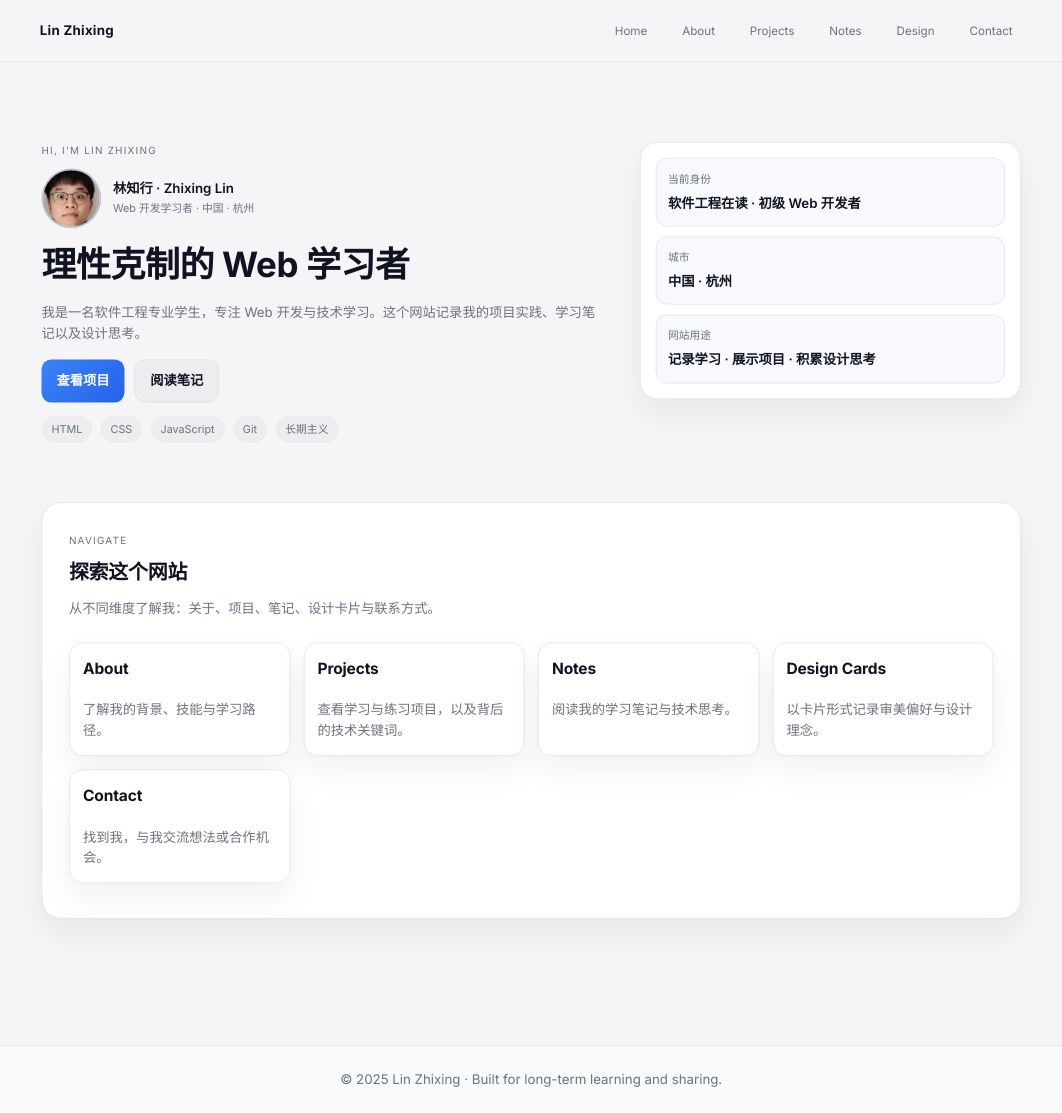
Repository: Superman1693/oneself
Page: index.html
The author's editor kept a copy of each file at every save. The page is drawn from the files as they stood at one save, then again after the next save.
The browser window is 1280 px wide. The pictures show the whole page, at 83% of full size.

Above is the page before, as saved 2025-12-16 19:44:35.

### index.html
<!DOCTYPE html>
<html lang="zh-CN">
<head>
  <meta charset="UTF-8">
  <meta name="viewport" content="width=device-width, initial-scale=1.0">
  <title>林知行 · 个人网站</title>
  <link rel="preconnect" href="https://fonts.googleapis.com">
  <link rel="preconnect" href="https://fonts.gstatic.com" crossorigin>
  <link href="https://fonts.googleapis.com/css2?family=Inter:wght@400;500;600;700&display=swap" rel="stylesheet">
  <link rel="stylesheet" href="styles.css">
</head>
<body>
  <header class="site-header">
    <div class="logo">Lin Zhixing</div>
    <nav class="nav">
      <a href="index.html">Home</a>
      <a href="about.html">About</a>
      <a href="projects.html">Projects</a>
      <a href="notes.html">Notes</a>
      <a href="design.html">Design</a>
      <a href="contact.html">Contact</a>
    </nav>
  </header>

  <main>
    <section id="home" class="section hero">
      <div class="hero-content">
        <p class="eyebrow">Hi, I'm Lin Zhixing</p>
        <div class="hero-avatar">
          <div class="avatar-circle">
            <img src="avatar.jpg" alt="林知行个人头像">
          </div>
          <div>
            <p class="avatar-meta-main">林知行 · Zhixing Lin</p>
            <p class="avatar-meta-sub">Web 开发学习者 · 中国 · 杭州</p>
          </div>
        </div>
        <h1>理性克制的 Web 学习者</h1>
        <p class="lede">
          我是一名软件工程专业学生，专注 Web 开发与技术学习。这个网站记录我的项目实践、学习笔记以及设计思考。
        </p>
        <div class="cta-group">
          <a class="btn primary" href="projects.html">查看项目</a>
          <a class="btn ghost" href="notes.html">阅读笔记</a>
        </div>
        <div class="hero-tags">
          <span>HTML</span><span>CSS</span><span>JavaScript</span><span>Git</span><span>长期主义</span>
        </div>
      </div>
      <div class="hero-panel">
        <div class="stat-card">
          <p class="label">当前身份</p>
          <p class="value">软件工程在读 · 初级 Web 开发者</p>
        </div>
        <div class="stat-card">
          <p class="label">城市</p>
          <p class="value">中国 · 杭州</p>
        </div>
        <div class="stat-card">
          <p class="label">网站用途</p>
          <p class="value">记录学习 · 展示项目 · 积累设计思考</p>
        </div>
      </div>
    </section>

    <section class="section alt">
      <div class="section-header">
        <p class="eyebrow">Navigate</p>
        <h2>探索这个网站</h2>
        <p class="section-desc">从不同维度了解我：关于、项目、笔记、设计卡片与联系方式。</p>
      </div>
      <div class="cards-grid">
        <a href="about.html" class="card">
          <h3>About</h3>
          <p class="section-desc">了解我的背景、技能与学习路径。</p>
        </a>
        <a href="projects.html" class="card">
          <h3>Projects</h3>
          <p class="section-desc">查看学习与练习项目，以及背后的技术关键词。</p>
        </a>
        <a href="notes.html" class="card">
          <h3>Notes</h3>
          <p class="section-desc">阅读我的学习笔记与技术思考。</p>
        </a>
        <a href="design.html" class="card">
          <h3>Design Cards</h3>
          <p class="section-desc">以卡片形式记录审美偏好与设计理念。</p>
        </a>
        <a href="contact.html" class="card">
          <h3>Contact</h3>
          <p class="section-desc">找到我，与我交流想法或合作机会。</p>
        </a>
      </div>
    </section>
  </main>

  <footer class="site-footer">
    <p>© 2025 Lin Zhixing · Built for long-term learning and sharing.</p>
  </footer>

  <script type="module" src="scripts/main.js"></script>
</body>
</html>

### styles.css
:root {
  --bg: #f5f5f7;
  --panel: #ffffff;
  --card: #f8f9fc;
  --border: #e0e3eb;
  --text: #111322;
  --muted: #6b7280;
  --accent: #3b82f6;
  --accent-strong: #2563eb;
  --shadow-soft: 0 18px 40px rgba(15, 23, 42, 0.06);
}

*,
*::before,
*::after {
  box-sizing: border-box;
}

body {
  margin: 0;
  font-family: 'Inter', system-ui, -apple-system, BlinkMacSystemFont, 'Segoe UI', sans-serif;
  background: var(--bg);
  color: var(--text);
  line-height: 1.6;
  -webkit-font-smoothing: antialiased;
}

a {
  color: inherit;
  text-decoration: none;
}

p {
  margin: 0;
}

.site-header {
  position: sticky;
  top: 0;
  z-index: 10;
  display: flex;
  justify-content: space-between;
  align-items: center;
  padding: 18px 48px;
  background: rgba(245, 245, 247, 0.9);
  backdrop-filter: blur(12px);
  border-bottom: 1px solid var(--border);
}

.logo {
  font-weight: 700;
  letter-spacing: 0.02em;
}

.nav {
  display: flex;
  gap: 18px;
  font-size: 14px;
}

.nav a {
  padding: 8px 12px;
  border-radius: 10px;
  transition: background 0.2s ease, color 0.2s ease;
  color: var(--muted);
}

.nav a:hover {
  background: rgba(15, 23, 42, 0.04);
  color: var(--text);
}

main {
  padding: 24px 48px 80px;
}

.section {
  margin: 72px auto;
  max-width: 1180px;
}

.section.alt {
  background: var(--panel);
  border: 1px solid var(--border);
  border-radius: 24px;
  padding: 36px 32px 42px;
  box-shadow: var(--shadow-soft);
}

.section-header {
  margin-bottom: 28px;
}

.eyebrow {
  text-transform: uppercase;
  letter-spacing: 0.12em;
  font-size: 12px;
  color: var(--muted);
  margin-bottom: 8px;
}

h1, h2, h3 {
  margin: 0 0 12px 0;
  font-weight: 700;
  letter-spacing: -0.01em;
}

.section-desc, .lede {
  color: var(--muted);
  max-width: 680px;
}

.hero {
  display: grid;
  grid-template-columns: 1.2fr 0.8fr;
  gap: 32px;
  align-items: start;
}

.hero-content h1 {
  font-size: 42px;
}

.hero-avatar {
  display: flex;
  align-items: center;
  gap: 14px;
  margin: 12px 0 10px;
}

.avatar-circle {
  width: 72px;
  height: 72px;
  border-radius: 50%;
  overflow: hidden;
  border: 2px solid rgba(148, 163, 184, 0.5);
  background: #e5e7eb;
}

.avatar-circle img {
  width: 100%;
  height: 100%;
  object-fit: cover;
  display: block;
}

.avatar-meta-main {
  font-weight: 600;
}

.avatar-meta-sub {
  font-size: 13px;
  color: var(--muted);
}

.lede {
  margin: 12px 0 18px;
}

.cta-group {
  display: flex;
  gap: 12px;
  margin: 16px 0;
}

.btn {
  display: inline-flex;
  align-items: center;
  justify-content: center;
  padding: 12px 18px;
  border-radius: 12px;
  font-weight: 600;
  border: 1px solid var(--border);
  transition: transform 0.15s ease, background 0.2s ease, border-color 0.2s ease;
}

.btn.primary {
  background: linear-gradient(135deg, var(--accent), var(--accent-strong));
  color: #ffffff;
  border: none;
}

.btn.ghost {
  background: rgba(15, 23, 42, 0.03);
  color: var(--text);
}

.btn:hover {
  transform: translateY(-2px);
}

.hero-tags {
  display: flex;
  flex-wrap: wrap;
  gap: 10px;
  margin-top: 12px;
}

.hero-tags span {
  padding: 6px 12px;
  border-radius: 999px;
  background: rgba(15, 23, 42, 0.03);
  color: var(--muted);
  font-size: 13px;
}

.hero-panel {
  background: var(--panel);
  border: 1px solid var(--border);
  border-radius: 20px;
  padding: 18px;
  display: grid;
  gap: 12px;
  box-shadow: var(--shadow-soft);
}

.stat-card {
  background: var(--card);
  border: 1px solid var(--border);
  border-radius: 14px;
  padding: 14px;
}

.label {
  color: var(--muted);
  font-size: 13px;
  margin-bottom: 6px;
}

.value {
  font-weight: 600;
}

.cards-grid {
  display: grid;
  grid-template-columns: repeat(auto-fit, minmax(260px, 1fr));
  gap: 16px;
}

.card {
  background: var(--panel);
  border: 1px solid var(--border);
  border-radius: 16px;
  padding: 16px;
  display: flex;
  flex-direction: column;
  gap: 10px;
  box-shadow: var(--shadow-soft);
  transition: transform 0.15s ease, border-color 0.2s ease, box-shadow 0.2s ease;
}

.card:hover {
  transform: translateY(-4px);
  border-color: rgba(37, 99, 235, 0.5);
  box-shadow: 0 22px 45px rgba(15, 23, 42, 0.12);
}

.pill {
  display: inline-flex;
  align-items: center;
  gap: 6px;
  background: rgba(15, 23, 42, 0.03);
  padding: 8px 10px;
  border-radius: 999px;
  color: var(--muted);
  font-size: 13px;
}

.keywords {
  display: flex;
  flex-wrap: wrap;
  gap: 8px;
}

.keywords span {
  padding: 6px 10px;
  border-radius: 999px;
  background: rgba(15, 23, 42, 0.03);
  color: var(--muted);
  font-size: 12px;
}

.list-grid {
  display: grid;
  grid-template-columns: repeat(auto-fit, minmax(280px, 1fr));
  gap: 14px;
}

.note {
  background: var(--card);
  border: 1px solid var(--border);
  border-radius: 16px;
  padding: 16px;
  display: grid;
  gap: 8px;
  box-shadow: var(--shadow-soft);
  transition: transform 0.15s ease, border-color 0.2s ease, box-shadow 0.2s ease;
}

.note:hover {
  transform: translateY(-3px);
  border-color: rgba(37, 99, 235, 0.5);
  box-shadow: 0 20px 40px rgba(15, 23, 42, 0.1);
}

.note-meta {
  display: flex;
  gap: 10px;
  color: var(--muted);
  font-size: 13px;
}

.design-grid .card {
  border-style: dashed;
}

.progress-card {
  gap: 12px;
}

.card-top {
  display: flex;
  align-items: center;
  justify-content: space-between;
  gap: 8px;
}

.progress-track {
  position: relative;
  width: 100%;
  height: 10px;
  border-radius: 999px;
  background: #e5e7eb;
  overflow: hidden;
}

.progress-bar {
  position: absolute;
  left: 0;
  top: 0;
  height: 100%;
  border-radius: 999px;
  background: linear-gradient(135deg, var(--accent), var(--accent-strong));
  transition: width 0.3s ease;
}

.progress-meta {
  display: flex;
  justify-content: space-between;
  font-size: 13px;
  color: var(--muted);
}

.about-grid {
  display: grid;
  grid-template-columns: 1.1fr 0.9fr;
  gap: 24px;
  align-items: start;
}

.about-text {
  display: grid;
  gap: 12px;
  color: var(--text);
}

.about-cards {
  display: grid;
  gap: 12px;
}

.contact-card {
  background: var(--panel);
  border: 1px solid var(--border);
  border-radius: 18px;
  padding: 18px 20px;
  display: grid;
  grid-template-columns: repeat(auto-fit, minmax(220px, 1fr));
  gap: 12px;
}

.site-footer {
  padding: 28px;
  text-align: center;
  color: var(--muted);
  border-top: 1px solid var(--border);
  background: #f9fafb;
}

@media (max-width: 960px) {
  .site-header {
    padding: 16px 20px;
    flex-wrap: wrap;
    gap: 12px;
  }

  .nav {
    flex-wrap: wrap;
    gap: 10px;
  }

  main {
    padding: 18px 20px 64px;
  }

  .hero {
    grid-template-columns: 1fr;
  }

  .about-grid {
    grid-template-columns: 1fr;
  }
}

### scripts/main.js
import { projects, notes, designCards } from './data.js';

const renderProjects = () => {
  const container = document.querySelector('[data-render="projects"]');
  if (!container) return;
  container.innerHTML = projects
    .map(
      (item) => `
        <article class="card">
          <div class="pill">${item.status}</div>
          <h3>${item.title}</h3>
          <p class="section-desc">${item.summary}</p>
          <div class="keywords">
            ${item.keywords.map((k) => `<span>${k}</span>`).join('')}
          </div>
          ${item.link ? `<a class="pill" href="${item.link}" target="_blank" rel="noreferrer">查看</a>` : ''}
        </article>
      `
    )
    .join('');
};

const renderNotes = () => {
  const container = document.querySelector('[data-render="notes"]');
  if (!container) return;
  container.innerHTML = notes
    .map(
      (note) => `
        <article class="note">
          <h3>${note.title}</h3>
          <div class="note-meta">
            <span>${note.date}</span>
            <span>·</span>
            <span>${note.tags.join(' / ')}</span>
          </div>
          <p class="section-desc">${note.excerpt}</p>
        </article>
      `
    )
    .join('');
};

const renderDesign = () => {
  const container = document.querySelector('[data-render="design"]');
  if (!container) return;
  container.innerHTML = designCards
    .map(
      (card) => `
        <article class="card progress-card">
          <div class="card-top">
            <h3>${card.title}</h3>
            <span class="pill">${card.progress}%</span>
          </div>
          <p class="section-desc">${card.note}</p>
          <div class="progress-track" aria-label="${card.title} progress">
            <div class="progress-bar" style="width:${card.progress}%;"></div>
          </div>
          <div class="progress-meta">
            <span>当前进度</span>
            <span>${card.progress}%</span>
          </div>
          <div class="keywords">
            ${card.keywords.map((k) => `<span>${k}</span>`).join('')}
          </div>
        </article>
      `
    )
    .join('');
};

const init = () => {
  renderProjects();
  renderNotes();
  renderDesign();
};

document.addEventListener('DOMContentLoaded', init);

### scripts/data.js
export const profile = {
  name: '林知行',
  enName: 'Zhixing Lin',
  city: '杭州',
  role: '软件工程在读 / 初级 Web 开发者',
  email: 'hi@zhixing.dev',
  github: 'https://github.com/your-github',
};

export const projects = [
  {
    title: '学习笔记站点',
    summary: '基于静态文件驱动的个人笔记与博客站点，强调内容结构化与可持续迭代。',
    status: '学习项目',
    keywords: ['静态站点', '内容驱动', '可维护性'],
    link: '#',
  },
  {
    title: '前端组件练习',
    summary: '以卡片、列表、导航为核心的 UI 组件练习，专注布局与细节动效。',
    status: '练习项目',
    keywords: ['组件化', '布局', '动效'],
    link: '#',
  },
  {
    title: '接口联调沙盒',
    summary: '模拟基础后端接口与前端数据渲染的练习项目，强化数据与视图分离的思维。',
    status: '学习项目',
    keywords: ['API Mock', '数据驱动', '前后端分离'],
    link: '#',
  },
];

export const notes = [
  {
    title: '用数据驱动静态页面',
    date: '2025-02-10',
    tags: ['前端', '架构'],
    excerpt: '将内容抽离为数据源，保持模板与内容解耦，便于扩展与维护。',
  },
  {
    title: 'CSS 布局的留白与层级',
    date: '2025-01-22',
    tags: ['CSS', '设计'],
    excerpt: '通过栅格与间距系统保持一致性，配合中性色与轻动效实现克制风格。',
  },
  {
    title: '学习路径：从 JS 基础到组件思维',
    date: '2024-12-30',
    tags: ['JavaScript', '成长'],
    excerpt: '记录从语法、DOM 到数据驱动组件的实践路径，强调拆解与复盘。',
  },
];

export const designCards = [
  {
    title: '前端基础',
    note: 'HTML / CSS / JS 语法与语义化，建立扎实的页面与交互基础。',
    keywords: ['HTML', 'CSS', 'JavaScript'],
    progress: 75,
  },
  {
    title: 'JavaScript 进阶',
    note: '模块化、异步、事件循环与数据驱动思维，写出更稳定的前端代码。',
    keywords: ['模块化', '异步', '数据驱动'],
    progress: 58,
  },
  {
    title: 'CSS 布局与设计',
    note: '栅格、Flex/Grid、留白与层级，强化克制的视觉与响应式能力。',
    keywords: ['Flex', 'Grid', '留白'],
    progress: 62,
  },
  {
    title: '计算机网络基础',
    note: 'HTTP/HTTPS、缓存与基本安全认知，为接口与部署做好知识储备。',
    keywords: ['HTTP', 'HTTPS', '缓存'],
    progress: 40,
  },
  {
    title: '算法与数据结构',
    note: '基础数组、链表、哈希与常见算法思路，提升问题拆解与实现能力。',
    keywords: ['数组', '哈希', '思维训练'],
    progress: 35,
  },
  {
    title: '后端与接口入门',
    note: '简单 REST 接口、JSON 数据、Mock 与联调思维，理解前后端协作。',
    keywords: ['REST', 'JSON', 'Mock'],
    progress: 30,
  },
];

After the next save:
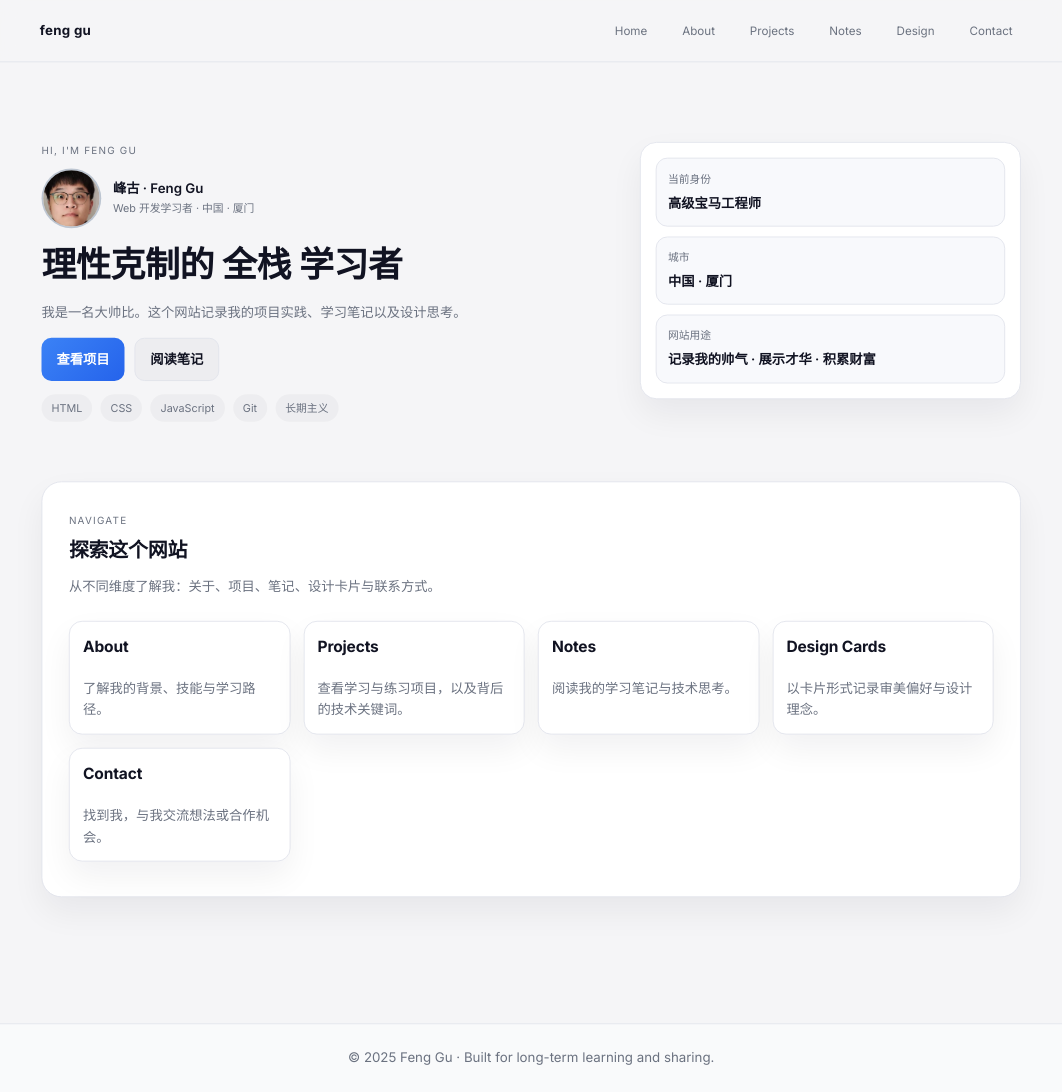
Saved 40 min 14 s later.
--- a/index.html
+++ b/index.html
@@ -3,7 +3,7 @@
 <head>
   <meta charset="UTF-8">
   <meta name="viewport" content="width=device-width, initial-scale=1.0">
-  <title>林知行 · 个人网站</title>
+  <title>峰古 · 个人网站</title>
   <link rel="preconnect" href="https://fonts.googleapis.com">
   <link rel="preconnect" href="https://fonts.gstatic.com" crossorigin>
   <link href="https://fonts.googleapis.com/css2?family=Inter:wght@400;500;600;700&display=swap" rel="stylesheet">
@@ -11,7 +11,7 @@
 </head>
 <body>
   <header class="site-header">
-    <div class="logo">Lin Zhixing</div>
+    <div class="logo">feng gu</div>
     <nav class="nav">
       <a href="index.html">Home</a>
       <a href="about.html">About</a>
@@ -25,19 +25,19 @@
   <main>
     <section id="home" class="section hero">
       <div class="hero-content">
-        <p class="eyebrow">Hi, I'm Lin Zhixing</p>
+        <p class="eyebrow">Hi, I'm feng gu</p>
         <div class="hero-avatar">
           <div class="avatar-circle">
-            <img src="avatar.jpg" alt="林知行个人头像">
+            <img src="avatar.jpg" alt="峰古个人头像">
           </div>
           <div>
-            <p class="avatar-meta-main">林知行 · Zhixing Lin</p>
-            <p class="avatar-meta-sub">Web 开发学习者 · 中国 · 杭州</p>
+            <p class="avatar-meta-main">峰古 · Feng Gu</p>
+            <p class="avatar-meta-sub">Web 开发学习者 · 中国 · 厦门</p>
           </div>
         </div>
-        <h1>理性克制的 Web 学习者</h1>
+        <h1>理性克制的 全栈 学习者</h1>
         <p class="lede">
-          我是一名软件工程专业学生，专注 Web 开发与技术学习。这个网站记录我的项目实践、学习笔记以及设计思考。
+          我是一名大帅比。这个网站记录我的项目实践、学习笔记以及设计思考。
         </p>
         <div class="cta-group">
           <a class="btn primary" href="projects.html">查看项目</a>
@@ -50,15 +50,15 @@
       <div class="hero-panel">
         <div class="stat-card">
           <p class="label">当前身份</p>
-          <p class="value">软件工程在读 · 初级 Web 开发者</p>
+          <p class="value"> 高级宝马工程师</p>
         </div>
         <div class="stat-card">
           <p class="label">城市</p>
-          <p class="value">中国 · 杭州</p>
+          <p class="value">中国 · 厦门</p>
         </div>
         <div class="stat-card">
           <p class="label">网站用途</p>
-          <p class="value">记录学习 · 展示项目 · 积累设计思考</p>
+          <p class="value">记录我的帅气 · 展示才华 · 积累财富</p>
         </div>
       </div>
     </section>
@@ -95,7 +95,7 @@
   </main>
 
   <footer class="site-footer">
-    <p>© 2025 Lin Zhixing · Built for long-term learning and sharing.</p>
+    <p>© 2025 Feng Gu · Built for long-term learning and sharing.</p>
   </footer>
 
   <script type="module" src="scripts/main.js"></script>
